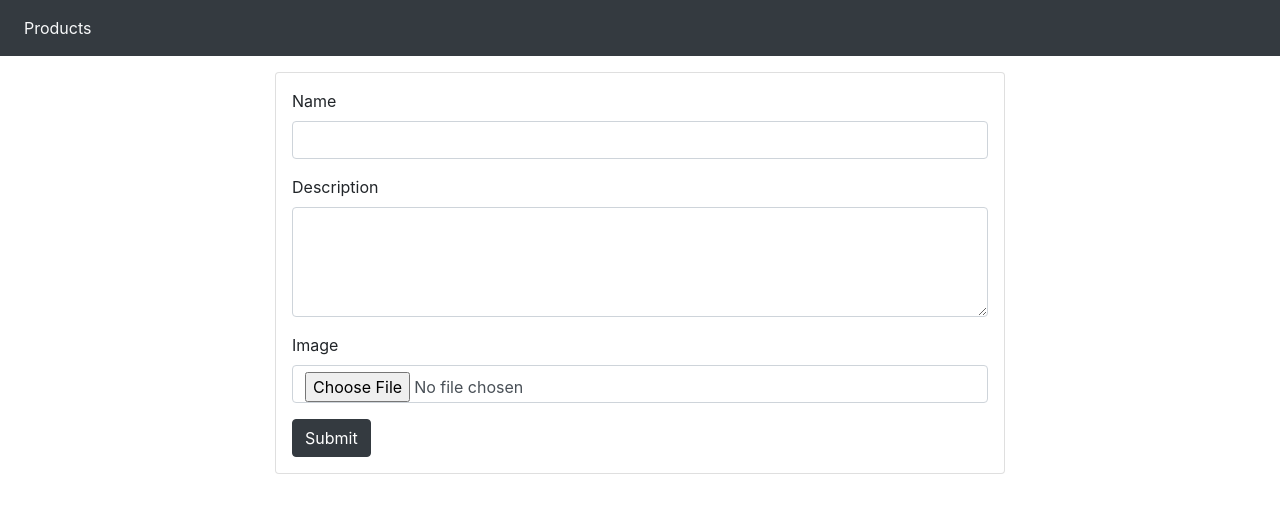
Repository: Aniksaha19/curd
Page: http://localhost/products/create
These files come from the project's save history. The page is drawn as it stood at one moment and after a run of saves; the edit follows.
The browser window is 1280 px wide. The pictures show the whole page.
The page is served by the project's Laravel application, run on PHP 8.4 with Laravel 10.

Above is the page before, as saved 2023-06-01 17:22:55.

After the next 2 saves:
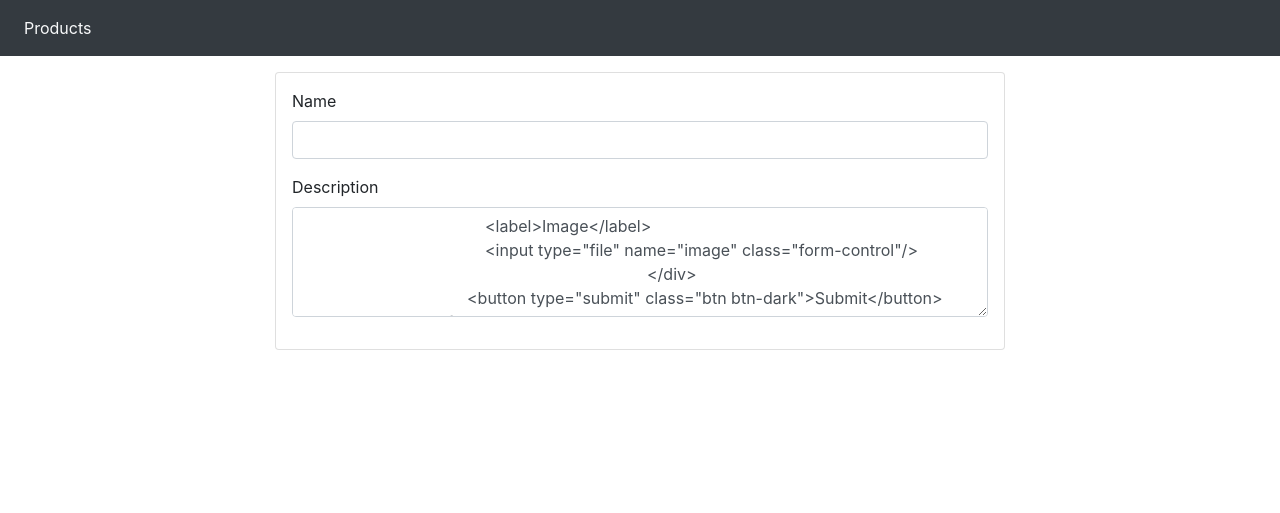
The 2 saves are shown as one change because they came seconds apart.
The last was saved 2 min 22 s later.
--- a/resources/views/products/create.blade.php
+++ b/resources/views/products/create.blade.php
@@ -35,7 +35,7 @@
                                 </div>
                                 <div class="form-group">
                                     <label>Description</label>
-                                    <textarea class="form-control" rows="4" name="description"></textarea>
+                                    <textarea class="form-control" rows="4" name="description" value="{{ old('name') }}></textarea>
                                     @if($errors->has('description'))
                                         <span class="text-danger">{{ $errors->first('description') }}</span>
                                     @endif
